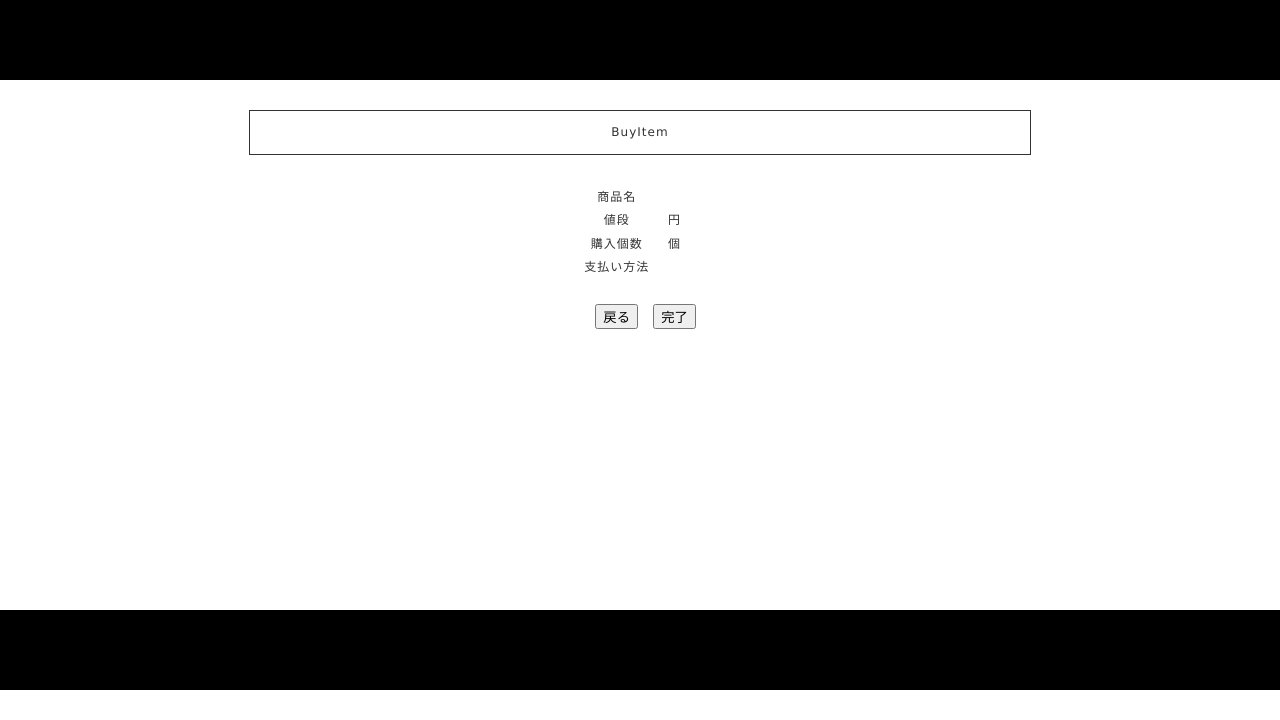
Repository: rt-1217/j2
Page: http://localhost/ecsite01/buyItemConfirm.jsp
An editor plug-in stored every save of this project. The page is shown before and after the next save, followed by the edit.
The browser window is 1280 px wide. The pictures show the whole page.
Some web libraries are served in a nearby version. The page is served by Tomcat 9. Other server files are loaded and not shown.

Above is the page before, as saved 2018-05-14 08:52:40.

### ecsite01/WebContent/buyItemConfirm.jsp
<%@ page language="java" contentType="text/html; charset=UTF-8"
    pageEncoding="UTF-8"%>
    <%@ taglib prefix="s" uri="/struts-tags"%>
<!DOCTYPE html PUBLIC "-//W3C//DTD HTML 4.01 Transitional//EN" "http://www.w3.org/TR/html4/loose.dtd">
<html>
<head>
<meta http-equiv="Content-Type" content="text/html; charset=UTF-8">
<meta http-equiv="Content-Style-Type" content="text/css" />
<meta http-equiv="Content-Script-Type" content="text/javascript" />
<meta http-equiv="imagetoolbar" content="no" />
<meta name="description" content="" />
<meta name="keywords" content="" />
<script src="http://ajax.googleapis.com/ajax/libs/jquery/1.9.1/jquery.min.js"></script>
<title>BuyItemConfirm画面</title>
<style type="text/css">
/* ========TAG LAYOUT======== */
body {
margin:0;
padding:0;
line-height:1.6;
letter-spacing:1px;
font-family:Verdana, Helvetica, sans-serif;
font-size:12px;
color:#333;
background:#fff;
}
table {
text-align:center;
margin:0 auto;
}
/* ========ID LAYOUT======== */
#top {
width:780px;
margin:30px auto;
border:1px solid #333;
}
#header {
width: 100%;
height: 80px;
background-color: black;
}
#main {
width: 100%;
height: 500px;
text-align: center;
}
#footer {
width: 100%;
height: 80px;
background-color: black;
clear:both;
}
</style>
<script type="text/javascript">
function submitAction(url) {
$('form').attr('action'
, url);
$('form').submit();
}
</script>
</head>
<body>
<div id="header">
<div id="pr">
</div></div>
<div id="main">
<div id="top">
<p>BuyItem</p>
</div>
<div>
<s:form>


<tr>
<td>商品名</td>
<td><s:property value="session.buyItem_name" /></td>
</tr>
<tr>
<td>値段</td>
<td><s:property value="session.total_price" /><span>円</span></td>
</tr>
<tr>
<td>購入個数</td>
<td><s:property value="session.count" /><span>個</span></td>
</tr>
<tr>
<td>支払い方法</td>
<td><s:property value="session.pay" /></td>
</tr>
<tr>
<td><br></td>
</tr>
<tr>
<td><input type="button" value="戻る"
onclick="submitAction('HomeAction')" /></td>
<td><input type="button" value="完了"
onclick="submitAction('BuyItemConfirmAction')" /></td>
</tr>
</s:form>
</div>
</div>
<div id="footer">
<div id="pr">
</div>
</div>





















</body>
</html>

After the next save:
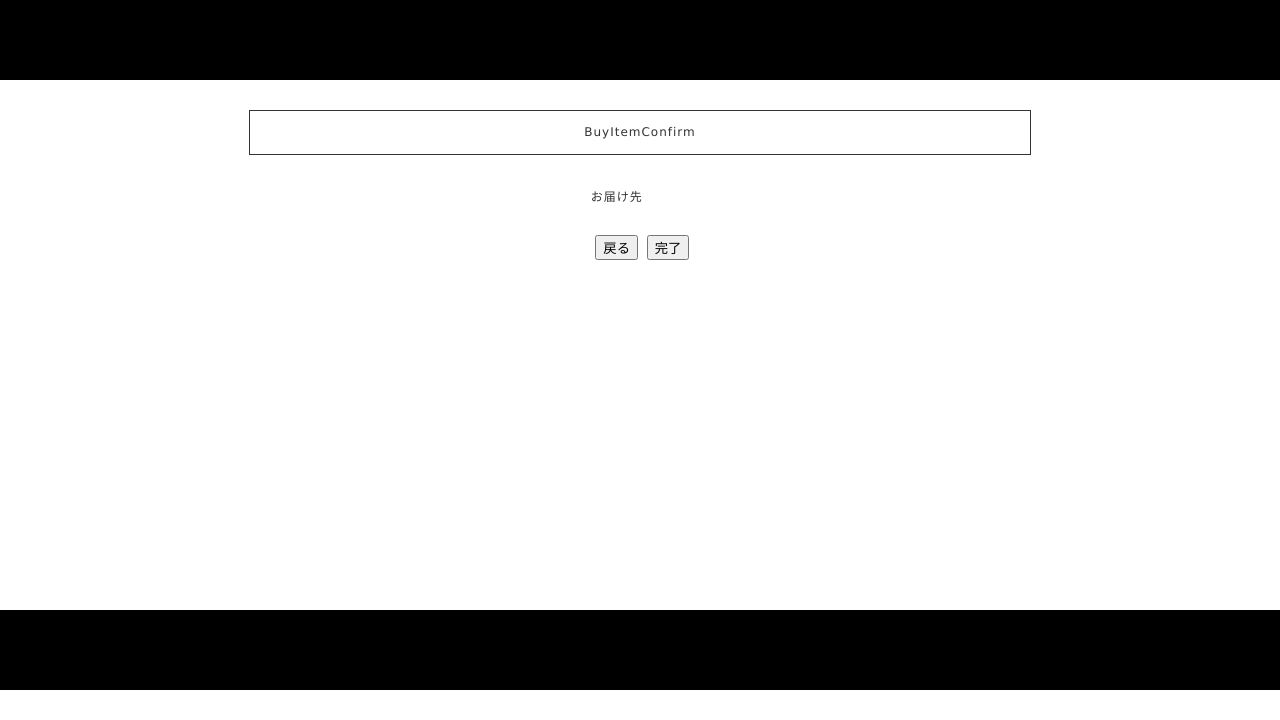
Saved 22 h 2 min later.
--- a/ecsite01/WebContent/buyItemConfirm.jsp
+++ b/ecsite01/WebContent/buyItemConfirm.jsp
@@ -58,35 +58,64 @@
 $('form').submit();
 }
 </script>
+
+
 </head>
+
+
+
 <body>
 <div id="header">
 <div id="pr">
 </div></div>
 <div id="main">
 <div id="top">
-<p>BuyItem</p>
+<p>BuyItemConfirm</p>
 </div>
 <div>
 <s:form>
 
+<s:iterator value="buyItemDTOList">
+			<s:if test="count != 0">
+				<tr>
+					<td>商品名</td>
+					<td><s:property value="itemName" /></td>
+				</tr>
+				<tr>
+					<td>値段</td>
+					<td><s:property value="total_price" /><span>円</span></td>
+				</tr>
 
-<tr>
-<td>商品名</td>
-<td><s:property value="session.buyItem_name" /></td>
-</tr>
-<tr>
-<td>値段</td>
-<td><s:property value="session.total_price" /><span>円</span></td>
-</tr>
-<tr>
-<td>購入個数</td>
-<td><s:property value="session.count" /><span>個</span></td>
-</tr>
-<tr>
-<td>支払い方法</td>
-<td><s:property value="session.pay" /></td>
-</tr>
+				<tr>
+					<td>購入個数</td>
+					<td><s:property value="count" /><span>個</span></td>
+				</tr>
+				<tr>
+					<td>支払い方法</td>
+					<td><s:property value="pay" /></td>
+				</tr>
+				<tr>
+					<td>
+						<br>
+					</td>
+				</tr>
+				</s:if>
+			</s:iterator>
+				<tr>
+					<td>お届け先</td>
+					<td><s:property value="session.userAddress"/></td>
+				</tr>
+				<s:if test="buyItemDTOList.size() >1">
+				<tr>
+					<td><h3>合計：</h3></td>
+					<td>
+						<h3><s:property value="session.totalPrice"/><span>円</span></h3>
+					</td>
+				</tr>
+				</s:if>
+
+
+
 <tr>
 <td><br></td>
 </tr>
